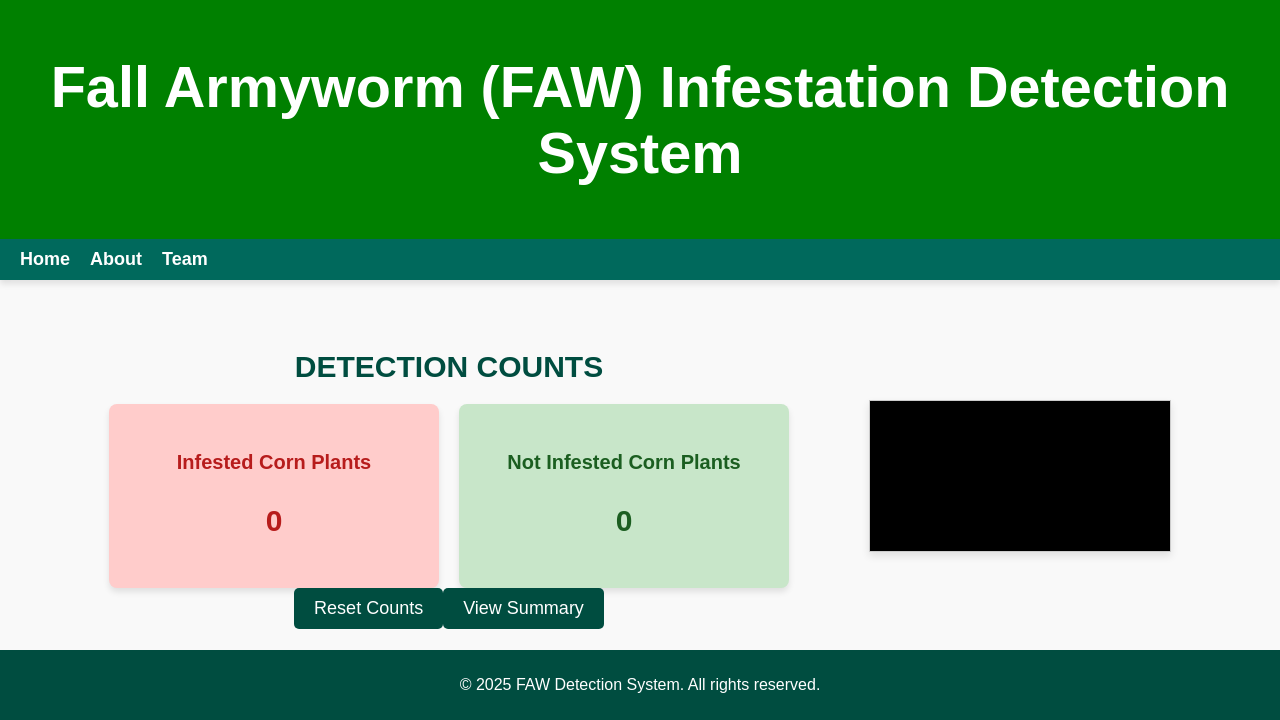
Repository: jansen223/faw-detection-main
Page: /
The author's editor kept a copy of each file at every save. The page is drawn from the files as they stood at one save, then again after the next save.
The browser window is 1280 px wide. The pictures show the whole page.
The page's requests for data from a server got no answer. The project was rebuilt for these pictures with package versions that can differ from the ones it lists, and the page was loaded fresh each time. No one was signed in, and anything a server would have sent is missing. Also part of the build but not shown: src/pages/About.css, src/pages/About.js, src/pages/Team.css, src/pages/Team.js, src/pages/Summary.css, src/pages/Summary.js.

Above is the page before, as saved 2025-04-12 12:31:20.

After the next save:
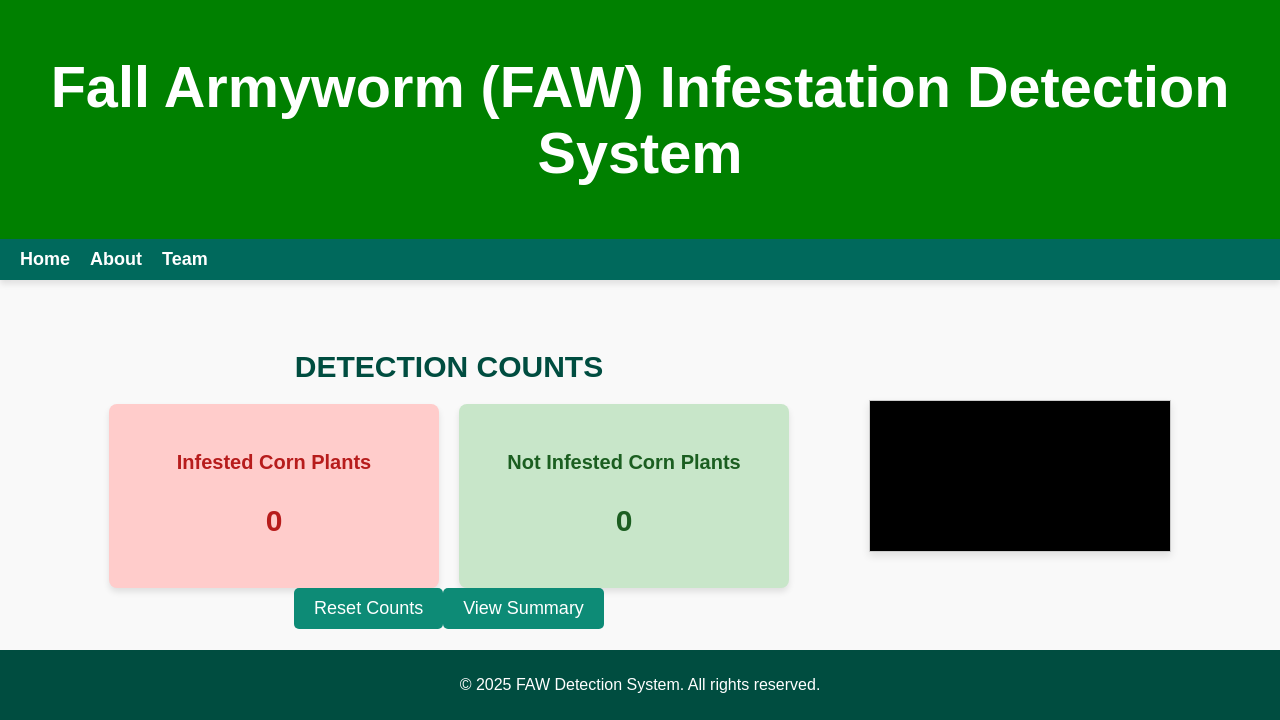
Saved 119 s later.
--- a/src/pages/Home.css
+++ b/src/pages/Home.css
@@ -91,7 +91,7 @@ canvas {
 .reset-button,
 .view-summary-button {
   padding: 10px 20px;
-  background-color: #004d40;
+  background-color: #0d8b76;
   color: white;
   border: none;
   border-radius: 5px;
